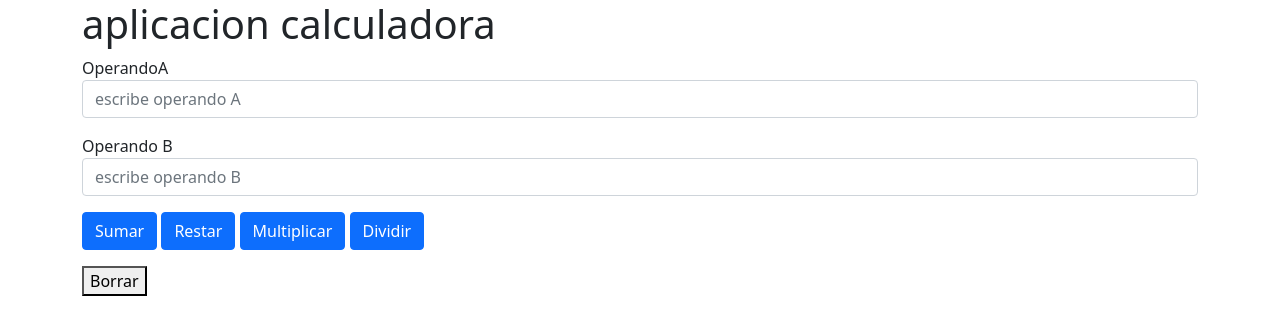
Repository: iwinser117/dw
Page: javascript udemy 43/ejercices/calculadora/index.html
The author's editor kept a copy of each file at every save. The page is drawn from the files as they stood at one save, then again after the next save.
The browser window is 1280 px wide. The pictures show the whole page.

Above is the page before, as saved 2022-10-02 12:31:27.

### javascript udemy 43/ejercices/calculadora/index.html
<!doctype html>
<html>

<head>
    <meta charset="utf-8">
    <meta name="viewport" content="width=device-width, initial-scale=1">
    <link href="https://cdn.jsdelivr.net/npm/bootstrap@5.1.3/dist/css/bootstrap.min.css" rel="stylesheet"
        integrity="sha384-1BmE4kWBq78iYhFldvKuhfTAU6auU8tT94WrHftjDbrCEXSU1oBoqyl2QvZ6jIW3" crossorigin="anonymous">

    <title>aplicacion calculadora</title>
</head>

<body>
    <div class="container">
        <h1 class="display-3s">aplicacion calculadora</h1>

        <form id="forma">
            <div class="mb-3">
                <label for="operandoA">OperandoA</label>
                <input type="number"  class="form-control" id="operandoA" placeholder="escribe operando A">
            </div>
            <div class="mb-3">
                <label for="operandoB">Operando B</label>
                <input type="number" class="form-control" placeholder="escribe operando B" id="operandoB">
            </div>


    </form>

    <div class="btn-fcn" >
        <button class="btn btn-primary mb-3" onclick="sumar()">Sumar</button>

        <button class="btn btn-primary mb-3" onclick="restar()">Restar</button>

        <button class="btn btn-primary mb-3" onclick="multiplicar()">Multiplicar</button>

        <button class="btn btn-primary mb-3" onclick="dividir()">Dividir</button>


    </div>
    <button type="reset" value="Borrar">Borrar</button>

    <div id="resultado"></div>
    <div id="resultadoResta"></div>
    <div id="resultadoMultiplicar"></div>
    <div id="resultadoDivision"></div>


    </div>
    </div>


    <script src="https://cdn.jsdelivr.net/npm/bootstrap@5.1.3/dist/js/bootstrap.bundle.min.js"
        integrity="sha384-ka7Sk0Gln4gmtz2MlQnikT1wXgYsOg+OMhuP+IlRH9sENBO0LRn5q+8nbTov4+1p"
        crossorigin="anonymous"></script>
    <script src="js/app.js"></script>
</body>

</html>

### javascript udemy 43/ejercices/calculadora/js/app.js
const forma = document.getElementById(`forma`);
let operandoA = forma[`operandoA`];
let operandoB = forma[`operandoB`];




function sumar(){
    let resultado = parseInt(operandoA.value) + parseInt(operandoB.value);
    if (isNaN(resultado))
        resultado = `la operacion le faltan numeros`;
    document.getElementById(`resultado`).innerHTML = `resultado de la suma es : ${resultado}`;
    console.log(`resultado de la suma es : ${resultado}`);
}



function restar(){
    let resultadoResta = parseInt(operandoA.value) - parseInt(operandoB.value);
    if (isNaN(resultadoResta))
        resultadoResta = `la operacion le faltan numeros`;
    document.getElementById(`resultadoResta`).innerHTML = `resultado de la resta es : ${resultadoResta}`;
    console.log(`resultado de la resta es : ${resultadoResta}`);
}
function multiplicar(){
    let resultadoMultiplicar = parseInt(operandoA.value) * parseInt(operandoB.value);
    if (isNaN(resultadoMultiplicar))
        resultadoMultiplicar = `la operacion le faltan numeros`;
    document.getElementById(`resultadoMultiplicar`).innerHTML = `resultado de la multiplicacion es : ${resultadoMultiplicar}`;
    console.log(`resultado de la multiplicacion es : ${resultadoMultiplicar}`);
}

function dividir(){
    let resultadoDivision= parseInt(operandoA.value) / parseInt(operandoB.value);
    if (isNaN(resultadoDivision))
        resultadoDivision = `la operacion le faltan numeros`;
    document.getElementById(`resultadoDivision`).innerHTML = `resultado de la division es : ${resultadoDivision}`;
    console.log(`resultado de la division es : ${resultadoDivision}`);
}

After the next save:
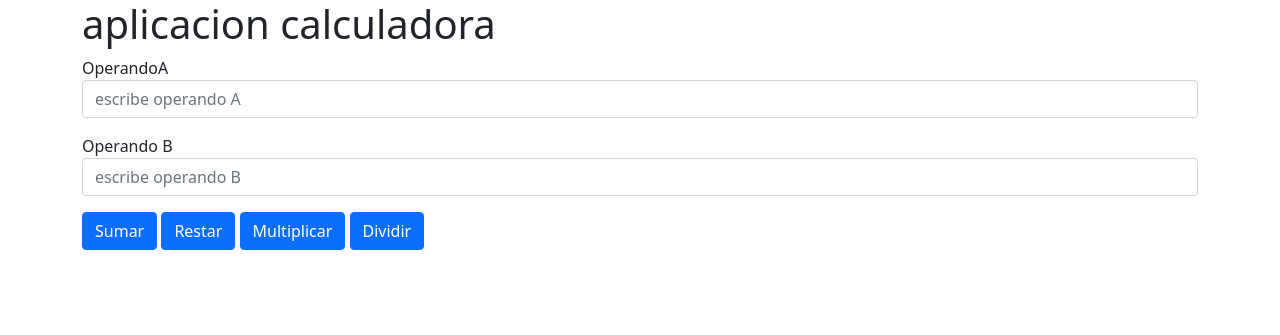
Saved 32 s later.
--- a/javascript udemy 43/ejercices/calculadora/index.html
+++ b/javascript udemy 43/ejercices/calculadora/index.html
@@ -38,7 +38,7 @@
 
 
     </div>
-    <button type="reset" value="Borrar">Borrar</button>
+
 
     <div id="resultado"></div>
     <div id="resultadoResta"></div>
